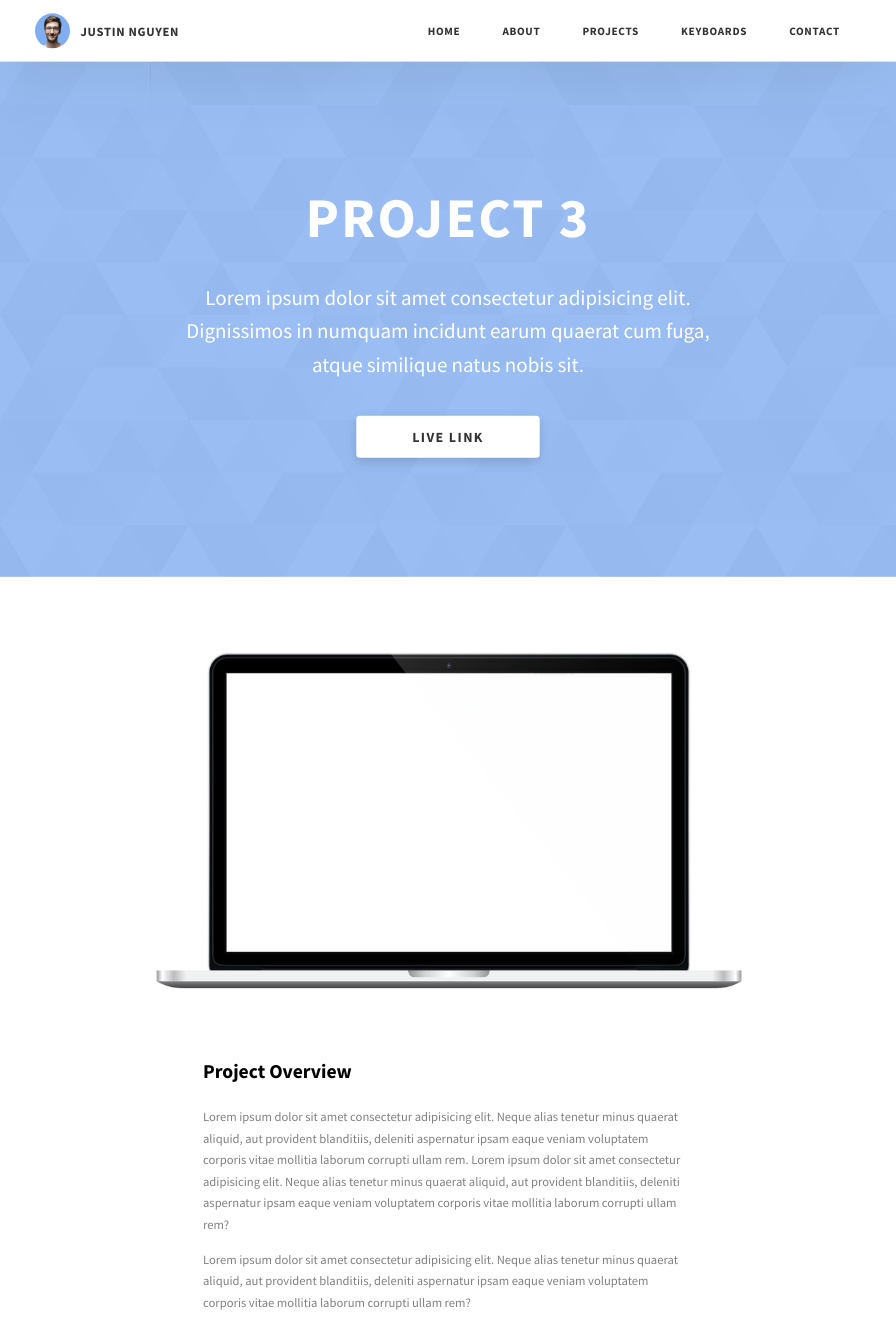
Repository: justinknguyen/Personal-Portfolio
Page: keyboards.html
The author's editor kept a copy of each file at every save. The page is drawn from the files as they stood at one save, then again after the next save.
The browser window is 1280 px wide. The pictures show the part of the page from y = 0 to 1920 px (the page is 2775 px tall), at 70% of full size.
The style sheet was rebuilt from its Sass, Less or Tailwind sources for each picture, by a compiler version that may differ from the author's.

Above is the page before, as saved 2022-09-10 14:47:33.
Console error: TypeError: Cannot read properties of undefined (reading 'style')

After the next save:
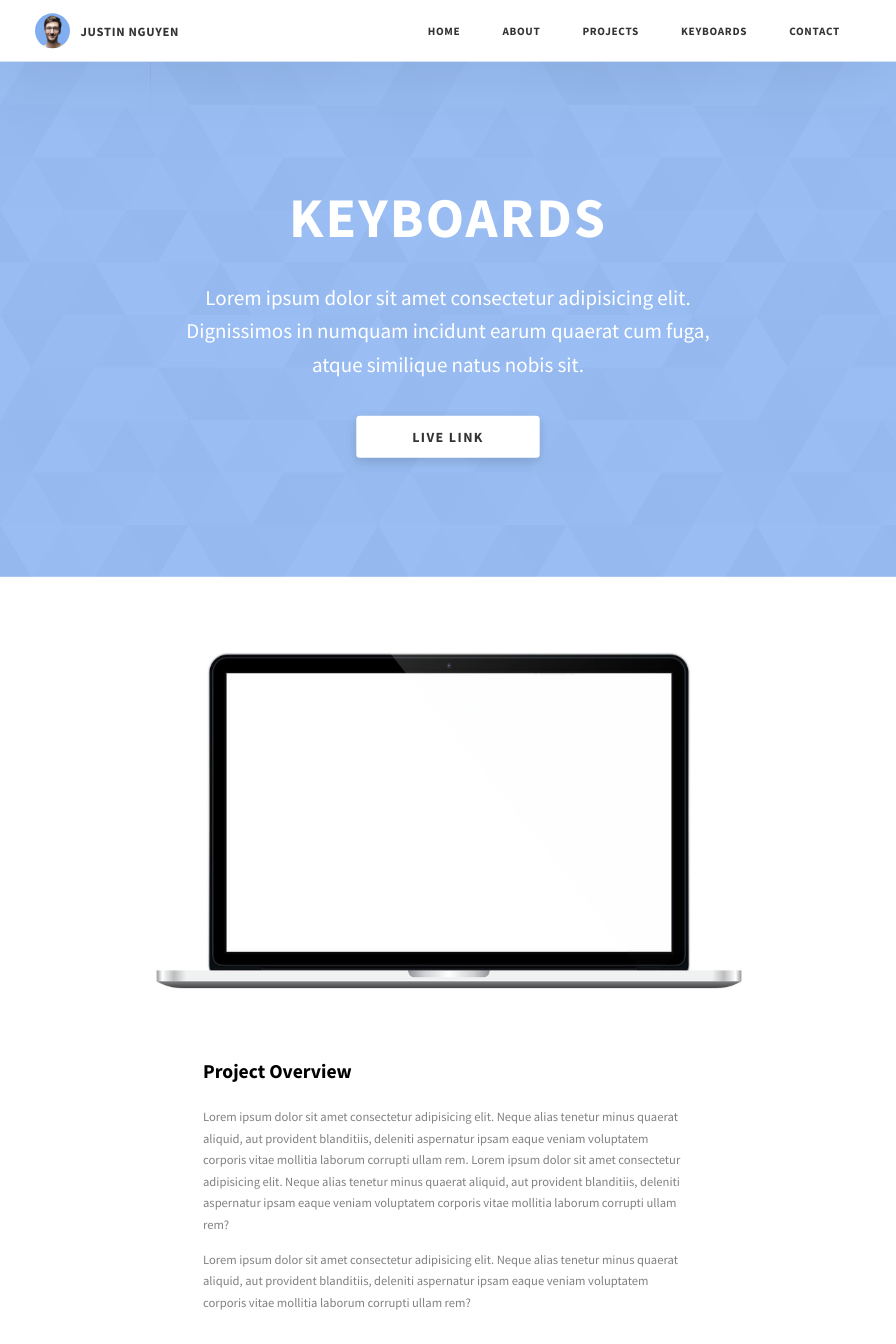
Saved 16 s later.
--- a/keyboards.html
+++ b/keyboards.html
@@ -98,7 +98,7 @@
     </header>
     <section class="project-cs-hero">
       <div class="project-cs-hero__content">
-        <h1 class="heading-primary">Project 3</h1>
+        <h1 class="heading-primary">Keyboards</h1>
         <div class="project-cs-hero__info">
           <p class="text-primary">
             Lorem ipsum dolor sit amet consectetur adipisicing elit. Dignissimos
